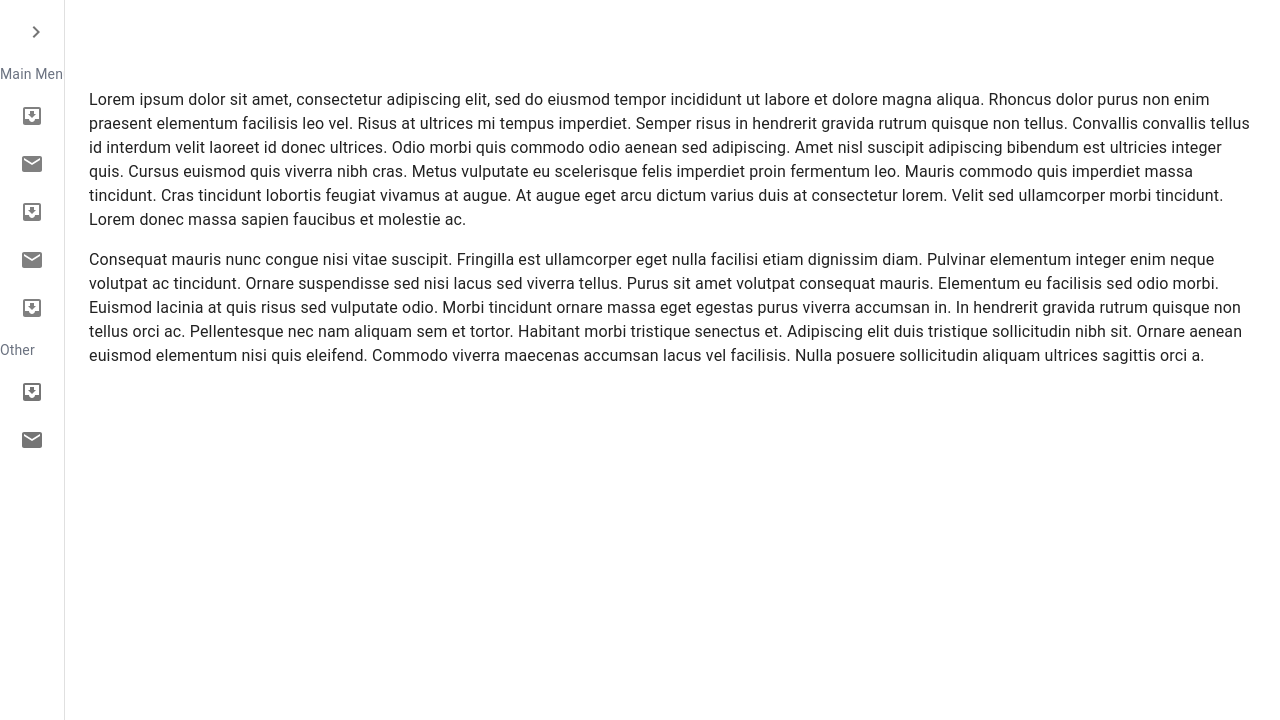
Repository: SatyaDewangan05/sample-dashboard
Page: /
The author's editor kept a copy of each file at every save. The page is drawn from the files as they stood at one save, then again after the next save.
The browser window is 1280 px wide. The pictures show the whole page.
The project was rebuilt for these pictures with package versions that can differ from the ones it lists, and the page was loaded fresh each time. The framework's server and built-in components were replaced by stand-ins that run in the browser. Also part of the build but not shown: next.config.mjs.

Above is the page before, as saved 2024-09-20 20:48:43.

### src/app/page.jsx
import Image from "next/image";
import MiniDrawer from "./components/Drawer";

export default function Home() {
  return (
    <div className="">
      <MiniDrawer />
    </div>
  );
}

### src/app/components/Drawer.jsx
"use client";

import { styled, useTheme } from "@mui/material/styles";
import Box from "@mui/material/Box";
import MuiDrawer from "@mui/material/Drawer";
import MuiAppBar from "@mui/material/AppBar";
import Toolbar from "@mui/material/Toolbar";
import List from "@mui/material/List";
import CssBaseline from "@mui/material/CssBaseline";
import Typography from "@mui/material/Typography";
import Divider from "@mui/material/Divider";
import IconButton from "@mui/material/IconButton";
import MenuIcon from "@mui/icons-material/Menu";
import ChevronLeftIcon from "@mui/icons-material/ChevronLeft";
import ChevronRightIcon from "@mui/icons-material/ChevronRight";
import ListItem from "@mui/material/ListItem";
import ListItemButton from "@mui/material/ListItemButton";
import ListItemIcon from "@mui/material/ListItemIcon";
import ListItemText from "@mui/material/ListItemText";
import InboxIcon from "@mui/icons-material/MoveToInbox";
import MailIcon from "@mui/icons-material/Mail";
import { useState } from "react";

const drawerWidth = 240;

const openedMixin = (theme) => ({
  width: drawerWidth,
  transition: theme.transitions.create("width", {
    easing: theme.transitions.easing.sharp,
    duration: theme.transitions.duration.enteringScreen,
  }),
  overflowX: "hidden",
});

const closedMixin = (theme) => ({
  transition: theme.transitions.create("width", {
    easing: theme.transitions.easing.sharp,
    duration: theme.transitions.duration.leavingScreen,
  }),
  overflowX: "hidden",
  width: `calc(${theme.spacing(7)} + 1px)`,
  [theme.breakpoints.up("sm")]: {
    width: `calc(${theme.spacing(8)} + 1px)`,
  },
});

const DrawerHeader = styled("div")(({ theme }) => ({
  display: "flex",
  alignItems: "center",
  justifyContent: "flex-end",
  padding: theme.spacing(0, 1),
  // necessary for content to be below app bar
  ...theme.mixins.toolbar,
}));

const AppBar = styled(MuiAppBar, {
  shouldForwardProp: (prop) => prop !== "open",
})(({ theme }) => ({
  zIndex: theme.zIndex.drawer + 1,
  transition: theme.transitions.create(["width", "margin"], {
    easing: theme.transitions.easing.sharp,
    duration: theme.transitions.duration.leavingScreen,
  }),
  variants: [
    {
      props: ({ open }) => open,
      style: {
        marginLeft: drawerWidth,
        width: `calc(100% - ${drawerWidth}px)`,
        transition: theme.transitions.create(["width", "margin"], {
          easing: theme.transitions.easing.sharp,
          duration: theme.transitions.duration.enteringScreen,
        }),
      },
    },
  ],
}));

const Drawer = styled(MuiDrawer, {
  shouldForwardProp: (prop) => prop !== "open",
})(({ theme }) => ({
  width: drawerWidth,
  flexShrink: 0,
  whiteSpace: "nowrap",
  boxSizing: "border-box",
  variants: [
    {
      props: ({ open }) => open,
      style: {
        ...openedMixin(theme),
        "& .MuiDrawer-paper": openedMixin(theme),
      },
    },
    {
      props: ({ open }) => !open,
      style: {
        ...closedMixin(theme),
        "& .MuiDrawer-paper": closedMixin(theme),
      },
    },
  ],
}));

export default function MiniDrawer() {
  const theme = useTheme();
  const [open, setOpen] = useState(false);

  const handleDrawerOpen = () => {
    setOpen(true);
  };

  const handleDrawerClose = () => {
    setOpen(false);
  };

  const [active, setActive] = useState("Inbox");

  return (
    <Box sx={{ display: "flex" }}>
      <CssBaseline />
      {/* <AppBar position="fixed" open={open}>
        <Toolbar>
          <IconButton
            color="inherit"
            aria-label="open drawer"
            onClick={handleDrawerOpen}
            edge="start"
            sx={[
              {
                marginRight: 5,
              },
              open && { display: "none" },
            ]}
          >
            <MenuIcon />
          </IconButton>
          <Typography variant="h6" noWrap component="div">
            Mini variant drawer
          </Typography>
        </Toolbar>
      </AppBar> */}
      <Drawer variant="permanent" open={open}>
        <DrawerHeader>
          <IconButton onClick={() => setOpen((prevState) => !prevState)}>
            {!open ? <ChevronRightIcon /> : <ChevronLeftIcon />}
          </IconButton>
        </DrawerHeader>
        <p className={`text-sm text-gray-500 ${open ? "pl-5" : ""}`}>
          Main Menu
        </p>
        <List>
          {[
            "Dashboard",
            "Recruitment",
            "Schedule",
            "Employee",
            "Department",
          ].map((text, index) => (
            <ListItem key={text} disablePadding sx={{ display: "block" }}>
              <ListItemButton
                sx={[
                  {
                    minHeight: 48,
                    px: 2.5,
                    color: active === text ? "#FF5151" : "unset",
                  },
                  open
                    ? {
                        justifyContent: "initial",
                      }
                    : {
                        justifyContent: "center",
                      },
                ]}
                onClick={() => setActive(text)}
              >
                <ListItemIcon
                  sx={[
                    {
                      minWidth: 0,
                      justifyContent: "center",
                      color: active === text ? "#FF5151" : "gray",
                    },
                    open
                      ? {
                          mr: 3,
                        }
                      : {
                          mr: "auto",
                        },
                  ]}
                >
                  {index % 2 === 0 ? <InboxIcon /> : <MailIcon />}
                </ListItemIcon>
                <ListItemText
                  primary={text}
                  sx={[
                    open
                      ? {
                          opacity: 1,
                        }
                      : {
                          opacity: 0,
                        },
                  ]}
                />
              </ListItemButton>
            </ListItem>
          ))}
        </List>
        <p className={`text-sm text-gray-500 ${open ? "pl-5" : ""}`}>Other</p>
        <List>
          {["Support", "Settings"].map((text, index) => (
            <ListItem key={text} disablePadding sx={{ display: "block" }}>
              <ListItemButton
                sx={[
                  {
                    minHeight: 48,
                    px: 2.5,
                  },
                  open
                    ? {
                        justifyContent: "initial",
                      }
                    : {
                        justifyContent: "center",
                      },
                ]}
              >
                <ListItemIcon
                  sx={[
                    {
                      minWidth: 0,
                      justifyContent: "center",
                    },
                    open
                      ? {
                          mr: 3,
                        }
                      : {
                          mr: "auto",
                        },
                  ]}
                >
                  {index % 2 === 0 ? <InboxIcon /> : <MailIcon />}
                </ListItemIcon>
                <ListItemText
                  primary={text}
                  sx={[
                    open
                      ? {
                          opacity: 1,
                        }
                      : {
                          opacity: 0,
                        },
                  ]}
                />
              </ListItemButton>
            </ListItem>
          ))}
        </List>
      </Drawer>
      <Box component="main" sx={{ flexGrow: 1, p: 3 }}>
        <DrawerHeader />
        <Typography sx={{ marginBottom: 2 }}>
          Lorem ipsum dolor sit amet, consectetur adipiscing elit, sed do
          eiusmod tempor incididunt ut labore et dolore magna aliqua. Rhoncus
          dolor purus non enim praesent elementum facilisis leo vel. Risus at
          ultrices mi tempus imperdiet. Semper risus in hendrerit gravida rutrum
          quisque non tellus. Convallis convallis tellus id interdum velit
          laoreet id donec ultrices. Odio morbi quis commodo odio aenean sed
          adipiscing. Amet nisl suscipit adipiscing bibendum est ultricies
          integer quis. Cursus euismod quis viverra nibh cras. Metus vulputate
          eu scelerisque felis imperdiet proin fermentum leo. Mauris commodo
          quis imperdiet massa tincidunt. Cras tincidunt lobortis feugiat
          vivamus at augue. At augue eget arcu dictum varius duis at consectetur
          lorem. Velit sed ullamcorper morbi tincidunt. Lorem donec massa sapien
          faucibus et molestie ac.
        </Typography>
        <Typography sx={{ marginBottom: 2 }}>
          Consequat mauris nunc congue nisi vitae suscipit. Fringilla est
          ullamcorper eget nulla facilisi etiam dignissim diam. Pulvinar
          elementum integer enim neque volutpat ac tincidunt. Ornare suspendisse
          sed nisi lacus sed viverra tellus. Purus sit amet volutpat consequat
          mauris. Elementum eu facilisis sed odio morbi. Euismod lacinia at quis
          risus sed vulputate odio. Morbi tincidunt ornare massa eget egestas
          purus viverra accumsan in. In hendrerit gravida rutrum quisque non
          tellus orci ac. Pellentesque nec nam aliquam sem et tortor. Habitant
          morbi tristique senectus et. Adipiscing elit duis tristique
          sollicitudin nibh sit. Ornare aenean euismod elementum nisi quis
          eleifend. Commodo viverra maecenas accumsan lacus vel facilisis. Nulla
          posuere sollicitudin aliquam ultrices sagittis orci a.
        </Typography>
      </Box>
    </Box>
  );
}

Loaded but not shown: src/app/layout.js (common file); src/app/globals.css (common file); tailwind.config.js (common file)

After the next save:
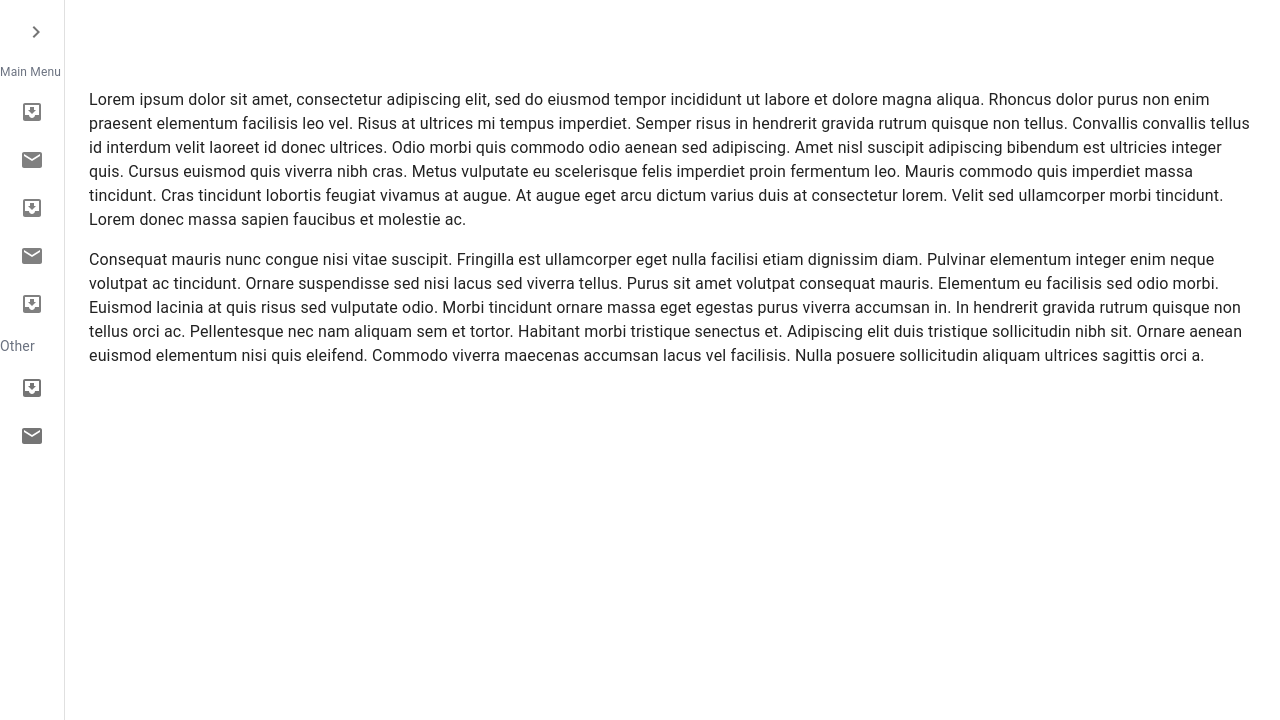
Saved 10 s later.
--- a/src/app/components/Drawer.jsx
+++ b/src/app/components/Drawer.jsx
@@ -145,7 +145,7 @@ export default function MiniDrawer() {
             {!open ? <ChevronRightIcon /> : <ChevronLeftIcon />}
           </IconButton>
         </DrawerHeader>
-        <p className={`text-sm text-gray-500 ${open ? "pl-5" : ""}`}>
+        <p className={`text-xs text-gray-500 ${open ? "pl-5" : ""}`}>
           Main Menu
         </p>
         <List>
